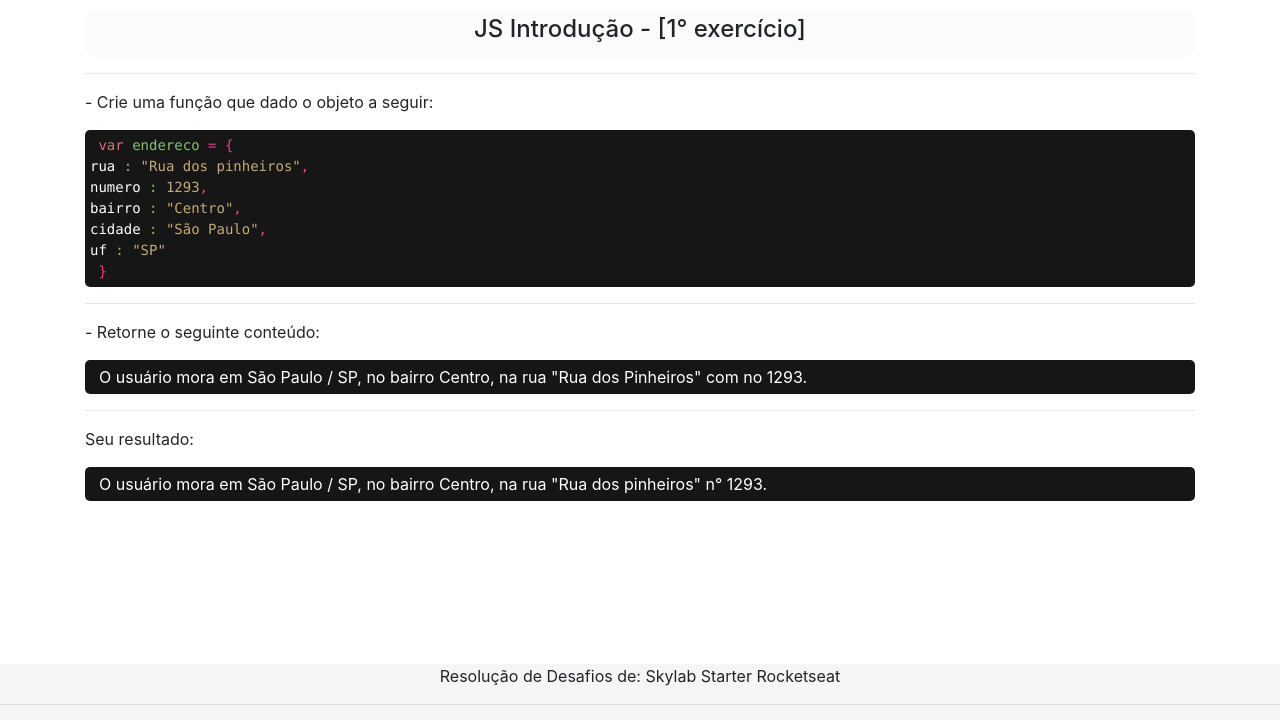
Repository: edsonjuniornarvaes/JS-Starter-Chalenge-Skylab
Page: introducao/exercicio-1/ex1.html
An editor plug-in stored every save of this project. The page is shown before and after the next save, followed by the edit.
The browser window is 1280 px wide. The pictures show the whole page.

Above is the page before, as saved 2020-06-10 10:14:32.

After the next save:
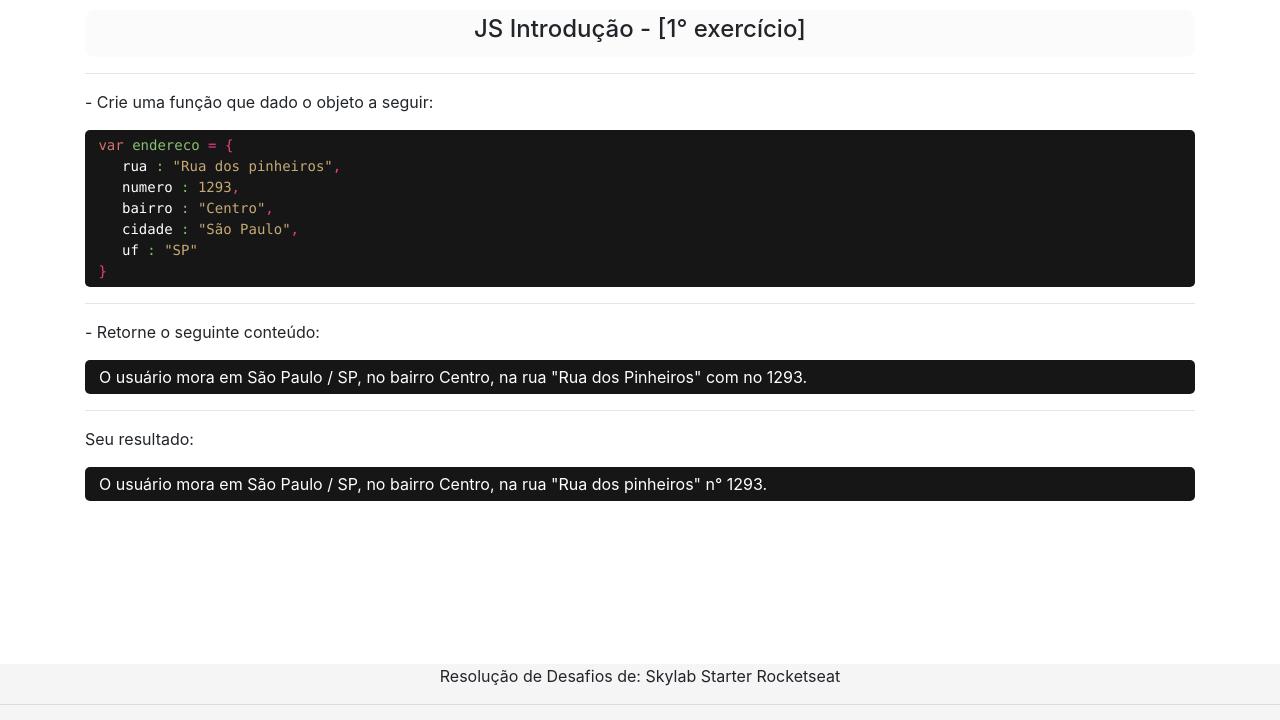
Saved 92 s later.
--- a/introducao/exercicio-1/ex1.html
+++ b/introducao/exercicio-1/ex1.html
@@ -15,11 +15,11 @@
             <fieldset>
                 <code>
                     <span class="var">&nbsp;var</span> <span class="nameObject">endereco</span> = { <br>
-                        <span class="after aft">rua</span><span class="pontos"> : </span><span class="before">"Rua dos pinheiros"</span>, <br>
-                        <span class="after aft">numero</span> <span class="pontos"> : </span> <span class="before">1293</span>, <br>
-                        <span class="after aft">bairro</span><span class="pontos"> : </span><span class="before">"Centro"</span>, <br>
-                        <span class="after aft">cidade</span><span class="pontos"> : </span><span class="before">"São Paulo"</span>, <br>
-                        <span class="after aft">uf</span><span class="pontos"> : </span><span class="before">"SP"</span><br>
+                        <span class="after enbsp">rua</span><span class="pontos"> : </span><span class="before">"Rua dos pinheiros"</span>, <br>
+                        <span class="after enbsp">numero</span> <span class="pontos"> : </span> <span class="before">1293</span>, <br>
+                        <span class="after enbsp">bairro</span><span class="pontos"> : </span><span class="before">"Centro"</span>, <br>
+                        <span class="after enbsp">cidade</span><span class="pontos"> : </span><span class="before">"São Paulo"</span>, <br>
+                        <span class="after enbsp">uf</span><span class="pontos"> : </span><span class="before">"SP"</span><br>
                     &nbsp;}
                 </code>
             </fieldset>
